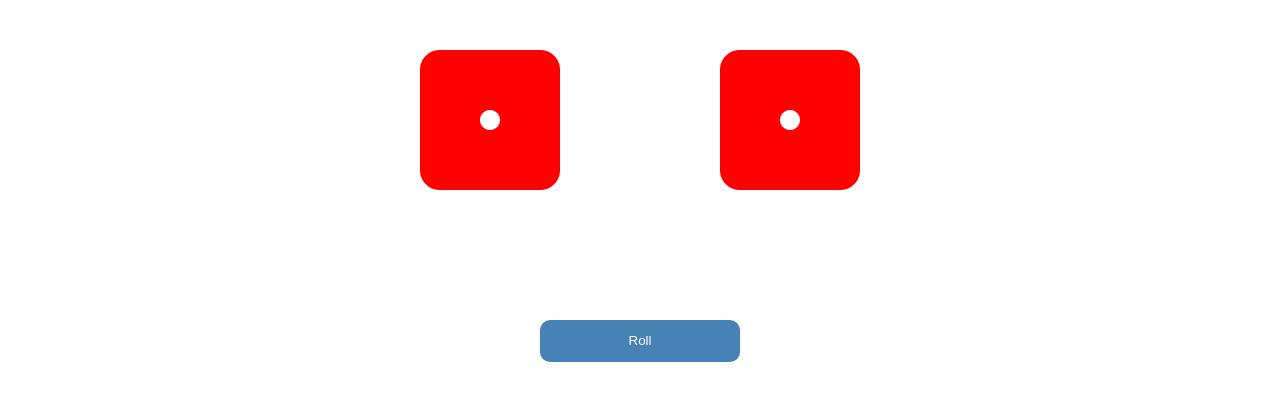
Repository: dung8466/learn-react
Page: / (app in roll-dice/)
These files come from the project's save history. The page is drawn as it stood at one moment and after the next save; the edit follows.
The browser window is 1280 px wide. The pictures show the whole page.
The project was rebuilt for these pictures with package versions that can differ from the ones it lists, and the page was loaded fresh each time. Also part of the build but not shown: roll-dice/src/App.css.

Above is the page before, as saved 2022-09-17 21:29:48.

After the next save:
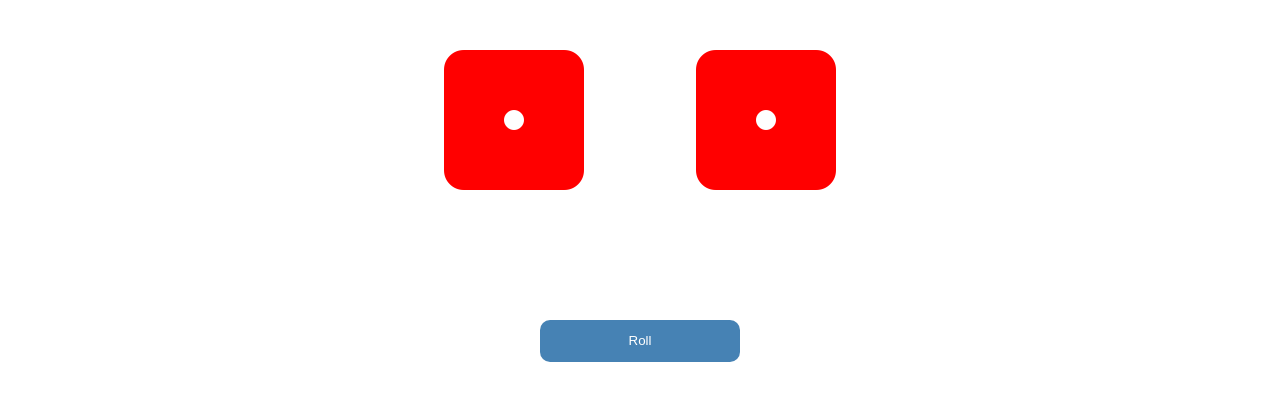
Saved 5 s later.
--- a/roll-dice/src/RollDice.css
+++ b/roll-dice/src/RollDice.css
@@ -9,7 +9,7 @@
     display: flex;
     justify-content: center;
     align-items: center;
-    gap: 5em;
+    gap: 2em;
 }
 .btn{
     width: 15em;
